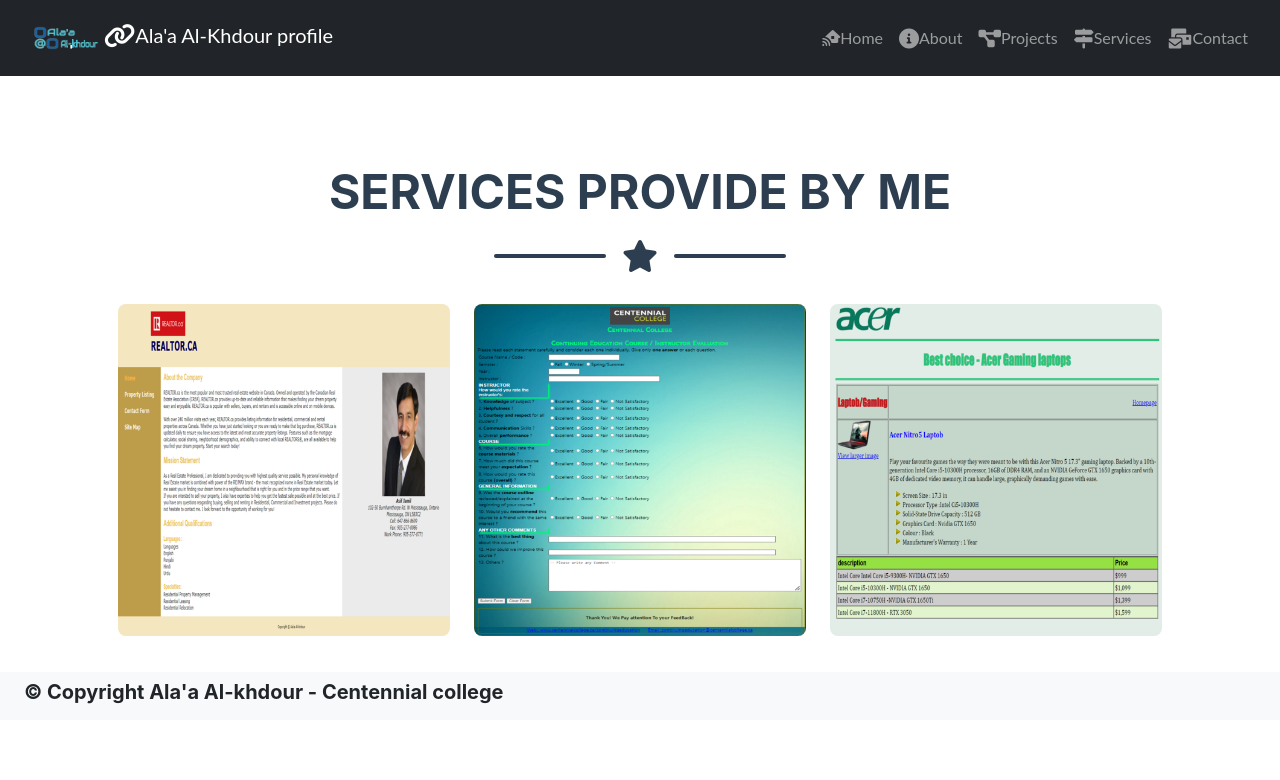
Repository: alaakhdour/heroukulivesite-section1
Page: http://localhost/projects
The author's editor kept a copy of each file at every save. The page is drawn from the files as they stood at one save, then again after the next save.
The browser window is 1280 px wide. The pictures show the whole page.
The page is served by the project's Node server (server.js).

Above is the page before, as saved 2022-06-18 03:02:51.

After the next save:
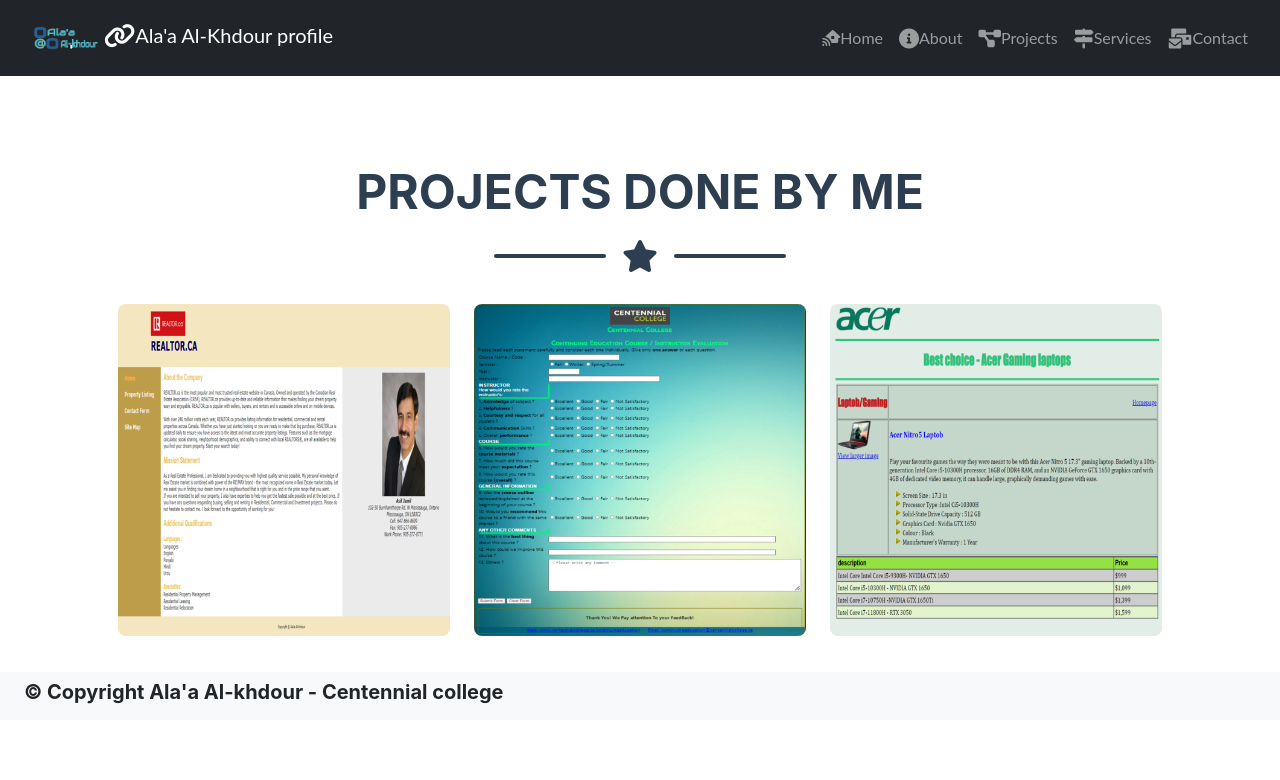
Saved 24 s later.
--- a/Server/Views/content/projects.ejs
+++ b/Server/Views/content/projects.ejs
@@ -2,7 +2,7 @@
     <section class="page-section portfolio" id="portfolio">
         <div class="container">
             <!-- Portfolio Section Heading-->
-            <h2 class="page-section-heading text-center text-uppercase text-secondary mb-0">Services provide by Me</h2>
+            <h2 class="page-section-heading text-center text-uppercase text-secondary mb-0">Projects done by me</h2>
             <!-- Icon Divider-->
             <div class="divider-custom">
                 <div class="divider-custom-line"></div>
